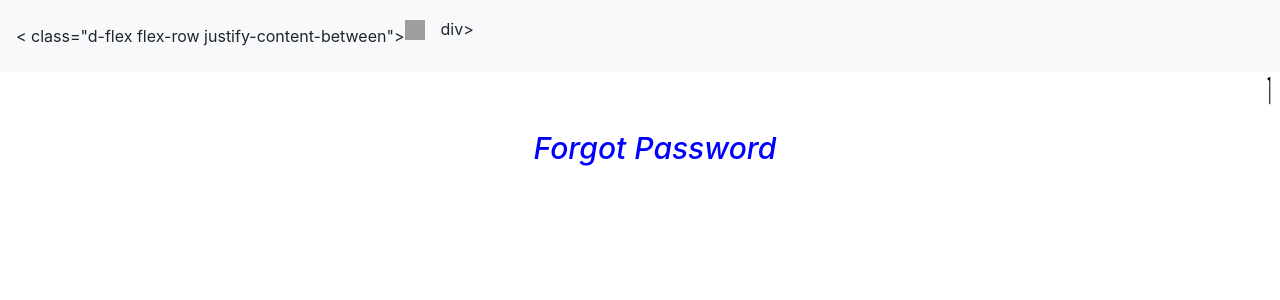
Repository: siri548/Karyakartha
Page: forgotPage.html
The author's editor kept a copy of each file at every save. The page is drawn from the files as they stood at one save, then again after a run of saves.
The browser window is 1280 px wide. The pictures show the whole page.
Pictures or frames that could not be fetched are drawn as grey boxes.

Above is the page before, as saved 2023-11-04 15:48:15.
Console error (its wording comes from the project's code and is left out).

After the next 2 saves:
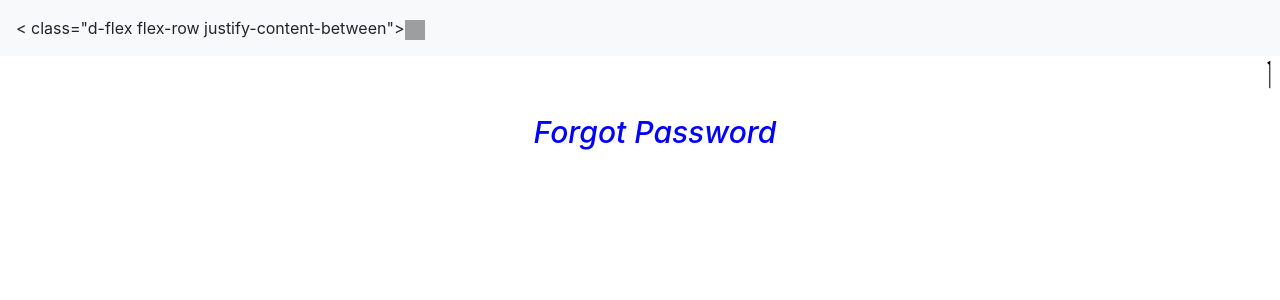
The 2 saves are shown as one change because they came seconds apart.
The last was saved 8 s later.
--- a/forgotPage.html
+++ b/forgotPage.html
@@ -22,23 +22,24 @@
                     <a class=" navbar-brand " href="# ">
                         <i class="outer-icon bi bi-search "></i>
                         <img src="D:\icons\trend.png " class="inner-icon " />
-                    </a>div>
+                    </a>
+                </div>
 
 
 
-                    <button class="navbar-toggler " type="button " data-toggle="collapse " data-target="#navbarNavAltMarkup " aria-controls="navbarNavAltMarkup " aria-expanded="false " aria-label="Toggle navigation ">
+                <button class="navbar-toggler " type="button " data-toggle="collapse " data-target="#navbarNavAltMarkup " aria-controls="navbarNavAltMarkup " aria-expanded="false " aria-label="Toggle navigation ">
             <span class="navbar-toggler-icon "></span>
             </button>
-                    <div class="collapse navbar-collapse " id="navbarNavAltMarkup ">
-                        <div class="navbar-nav ml-auto ">
-                            <a class="nav-link active " href="# ">
-                                <span class="sr-only "></span>
-                            </a>
-                            <a class="nav-link " href="# "></a>
-                            <a class="nav-link " href="# "></a>
-                            <a class="nav-link " href="# "></a>
-                        </div>
+                <div class="collapse navbar-collapse " id="navbarNavAltMarkup ">
+                    <div class="navbar-nav ml-auto ">
+                        <a class="nav-link active " href="# ">
+                            <span class="sr-only "></span>
+                        </a>
+                        <a class="nav-link " href="# "></a>
+                        <a class="nav-link " href="# "></a>
+                        <a class="nav-link " href="# "></a>
                     </div>
+                </div>
         </nav>
         <div class="text-center forgotPage-card ">
             <div class="text-right ">
@@ -47,7 +48,7 @@
 
             <h1 class="forgotHeading ">Forgot Password</h1>
         </div>
-        </div>
+    </div>
 
 
 
